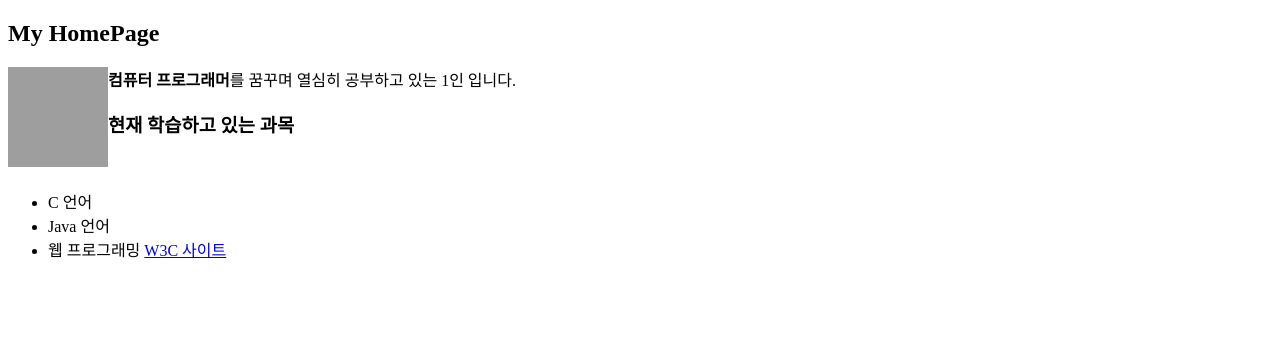
Repository: dhbaek2004/JSPex
Page: http://localhost/UX/MyHomePage.jsp
An editor plug-in stored every save of this project. The page is shown before and after the next save, followed by the edit.
The browser window is 1280 px wide. The pictures show the whole page.
Pictures or frames that could not be fetched are drawn as grey boxes. The page is served by Tomcat 9.

Above is the page before, as saved 2020-08-26 07:20:32.

### Infrearn/UX/UX/WebContent/MyHomePage.jsp
<%@ page language="java" contentType="text/html; charset=EUC-KR"
    pageEncoding="EUC-KR"%>
<!DOCTYPE html>
<html>
<head>
<meta charset="EUC-KR">
<title>My HomePage</title>
</head>
<body>
	<h2>My HomePage</h2>
	<p>
	<img src="americano.jpg" width="100" height="100" align="left">
	<strong>컴퓨터 프로그래머</strong>를 꿈꾸며 열심히 공부하고 있는 1인 입니다.
	</p>

	<h3>현재 학습하고 있는 과목</h3> <br>

	<ul>
		<li>C 언어</li>
		<li>Java 언어</li>
		<li>웹 프로그래밍 <a href="https://google.com/">W3C 사이트</a></li>
	</ul>
</body>
</html>

After the next save:
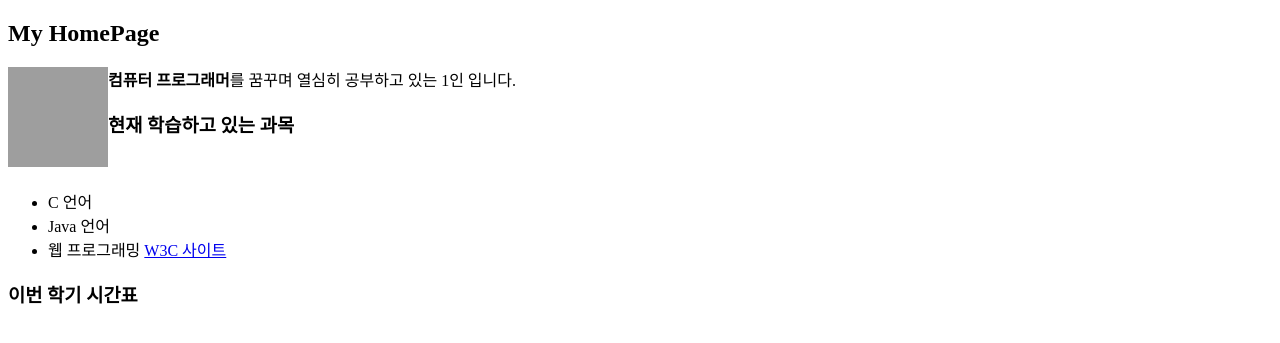
Saved 102 s later.
--- a/Infrearn/UX/UX/WebContent/MyHomePage.jsp
+++ b/Infrearn/UX/UX/WebContent/MyHomePage.jsp
@@ -20,5 +20,7 @@
 		<li>Java 언어</li>
 		<li>웹 프로그래밍 <a href="https://google.com/">W3C 사이트</a></li>
 	</ul>
+
+	<h3>이번 학기 시간표</h3>
 </body>
 </html>
